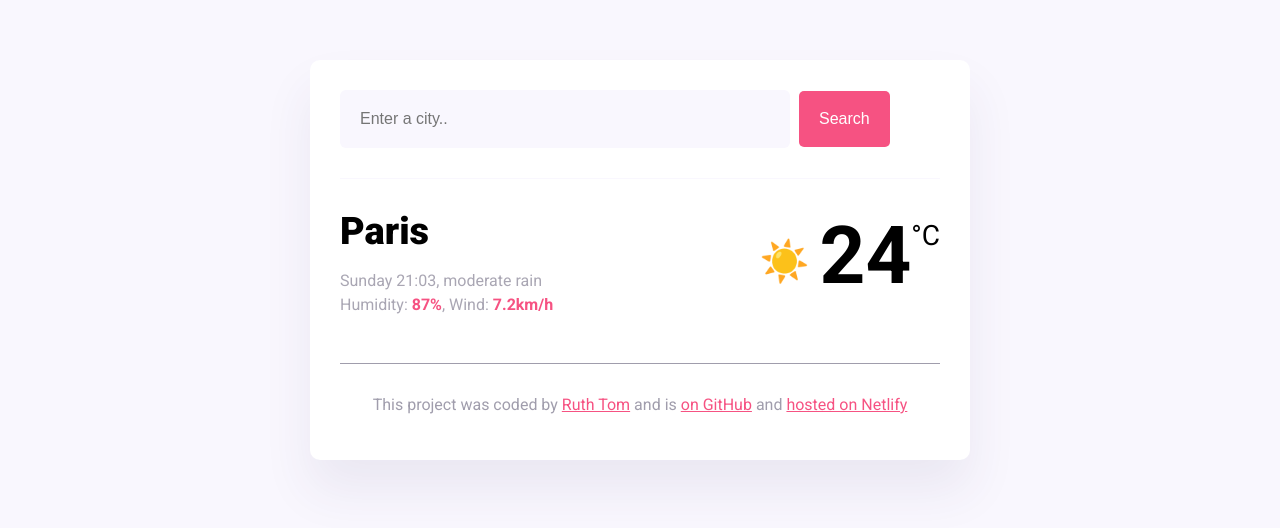
Repository: RuthTom711/weather-app-project
Page: index.html
An editor plug-in stored every save of this project. The page is shown before and after the next save, followed by the edit.
The browser window is 1280 px wide. The pictures show the whole page.
Some web libraries are served in a nearby version.

Above is the page before, as saved 2025-11-09 21:03:07.

After the next save:
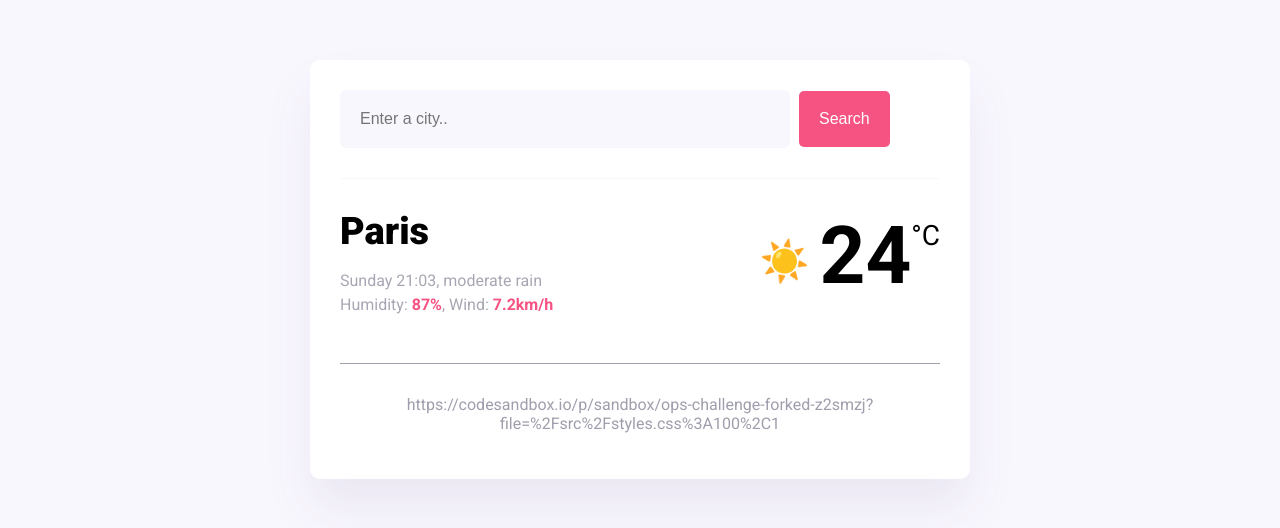
Saved 6 h 15 min later.
--- a/index.html
+++ b/index.html
@@ -48,10 +48,7 @@
       </main>
       <footer>
         <p>
-          This project was coded by
-          <a href="#" target="_blank">Ruth Tom</a> and is
-          <a href="#" target="_blank"> on GitHub</a> and
-          <a href="#" target="_blank">hosted on Netlify</a>
+          https://codesandbox.io/p/sandbox/ops-challenge-forked-z2smzj?file=%2Fsrc%2Fstyles.css%3A100%2C1
         </p>
       </footer>
     </div>
